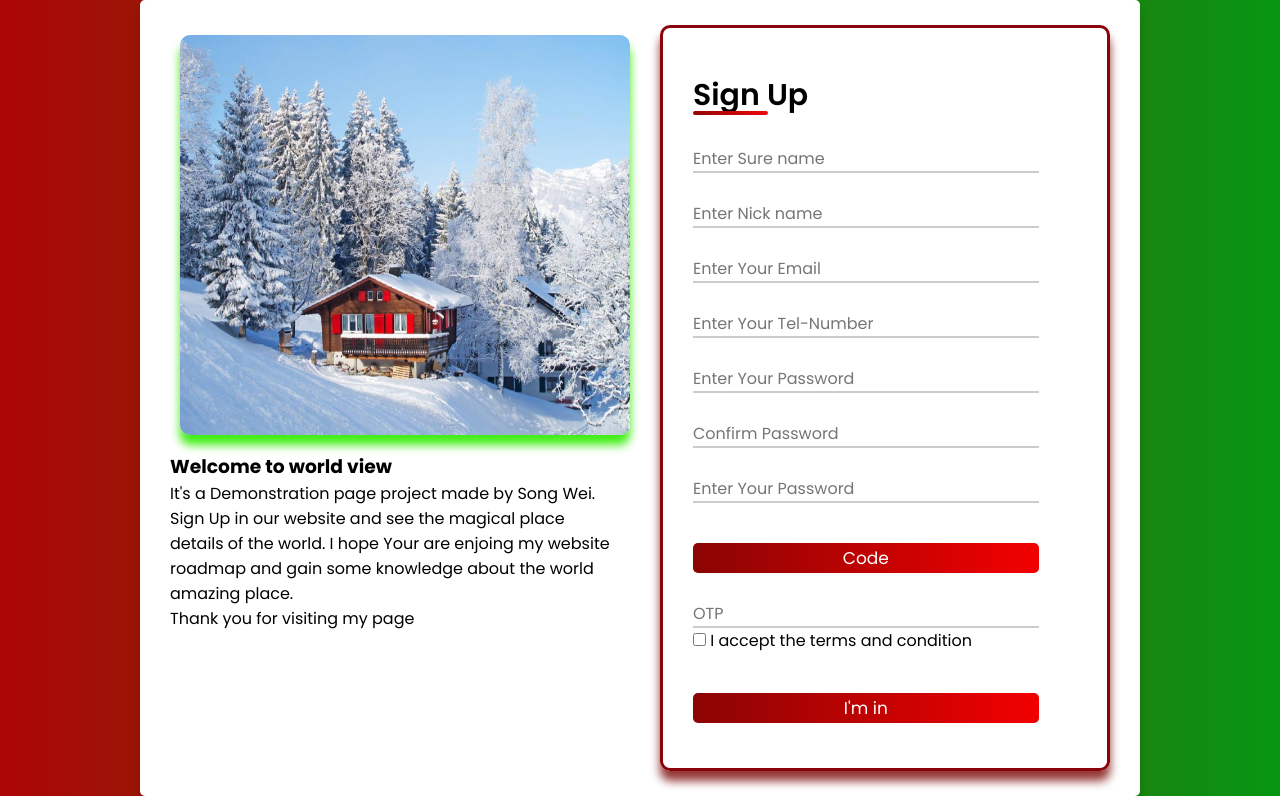
Repository: dev-ashik/Halloween
Page: Reg Page/Index.html
These files come from the project's save history. The page is drawn as it stood at one moment and after the next save; the edit follows.
The browser window is 1280 px wide. The pictures show the whole page.

Above is the page before, as saved 2021-12-21 22:43:09.

After the next save:
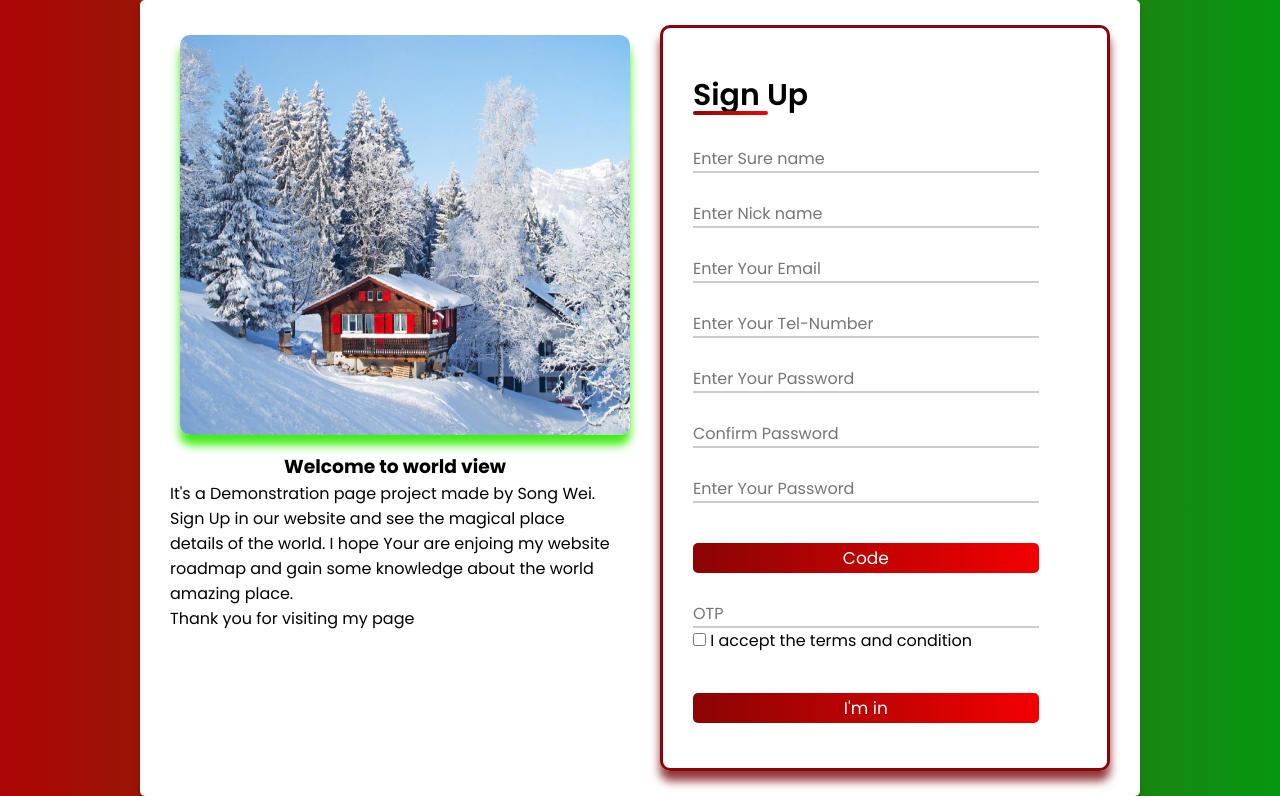
Saved 6 s later.
--- a/Reg Page/CSS/main.css
+++ b/Reg Page/CSS/main.css
@@ -42,7 +42,9 @@ body {
     box-shadow: 0 10px 10px #40ee14;
 }
 
-.con .bann h3 {}
+.con .bann h3 {
+    text-align: center;
+}
 
 .con .form {
     float: right;
